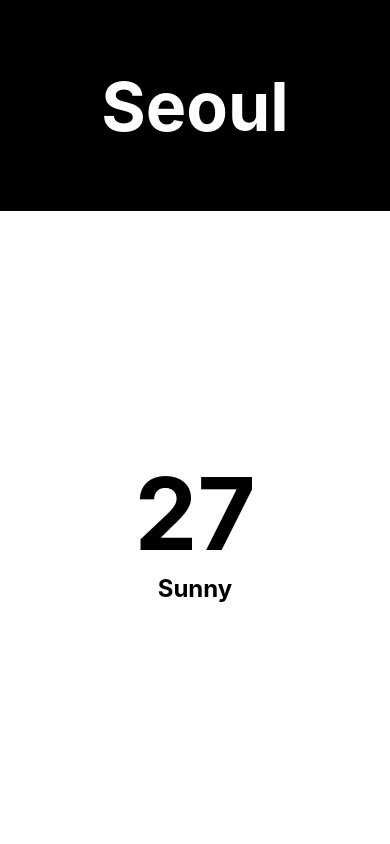
Repository: NewTurn2017/React-Native-Weather-App
Screen: /
These files come from the project's save history. The screen is drawn as it stood at one moment and after the next save; the edit follows.
The app was drawn by React Native's web renderer in a window 390 px wide. The project was rebuilt for these pictures with package versions that can differ from the ones it lists, and the page was loaded fresh each time.

Above is the screen before, as saved 2023-04-21 10:58:11.

### App.js
import { StatusBar } from 'expo-status-bar'
import { View, Text, StyleSheet } from 'react-native'

export default function App() {
  return (
    <View style={styles.container}>
      <StatusBar style="light" />
      <View style={styles.city}>
        <Text style={styles.cityName}>Seoul</Text>
      </View>
      <View style={styles.weather}>
        <View style={styles.day}>
          <Text style={styles.temp}>27</Text>
          <Text style={styles.description}>Sunny</Text>
        </View>
      </View>
    </View>
  )
}
const styles = StyleSheet.create({
  container: {
    flex: 1,
    backgroundColor: 'black',
  },
  cityName: {
    color: 'white',
    fontSize: 68,
    fontWeight: 'bold',
  },
  city: {
    flex: 1,
    backgroundColor: 'black',
    alignItems: 'center',
    justifyContent: 'center',
  },
  weather: {
    flex: 3,
    backgroundColor: 'white',
    alignItems: 'center',
    justifyContent: 'center',
  },
  day: {
    justifyContent: 'space-around',
    alignItems: 'center',
    paddingHorizontal: 20,
  },
  temp: {
    color: 'black',
    fontSize: 100,
    fontWeight: 'bold',
  },
  description: {
    color: 'black',
    fontSize: 24,
    fontWeight: 'bold',
  },
})

After the next save:
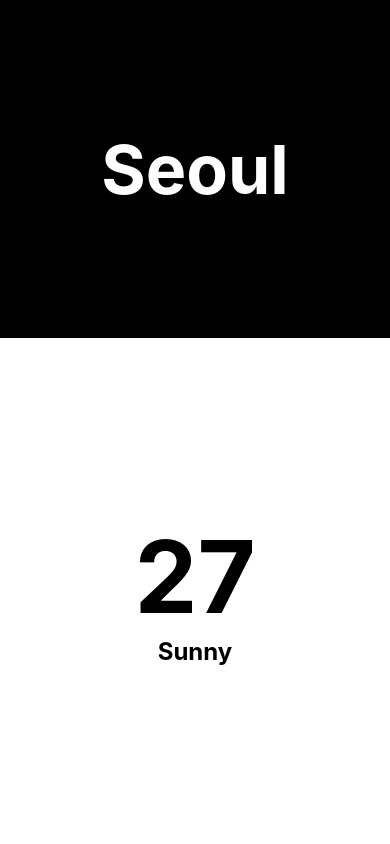
Saved 9 s later.
--- a/App.js
+++ b/App.js
@@ -28,7 +28,7 @@ const styles = StyleSheet.create({
     fontWeight: 'bold',
   },
   city: {
-    flex: 1,
+    flex: 2,
     backgroundColor: 'black',
     alignItems: 'center',
     justifyContent: 'center',
